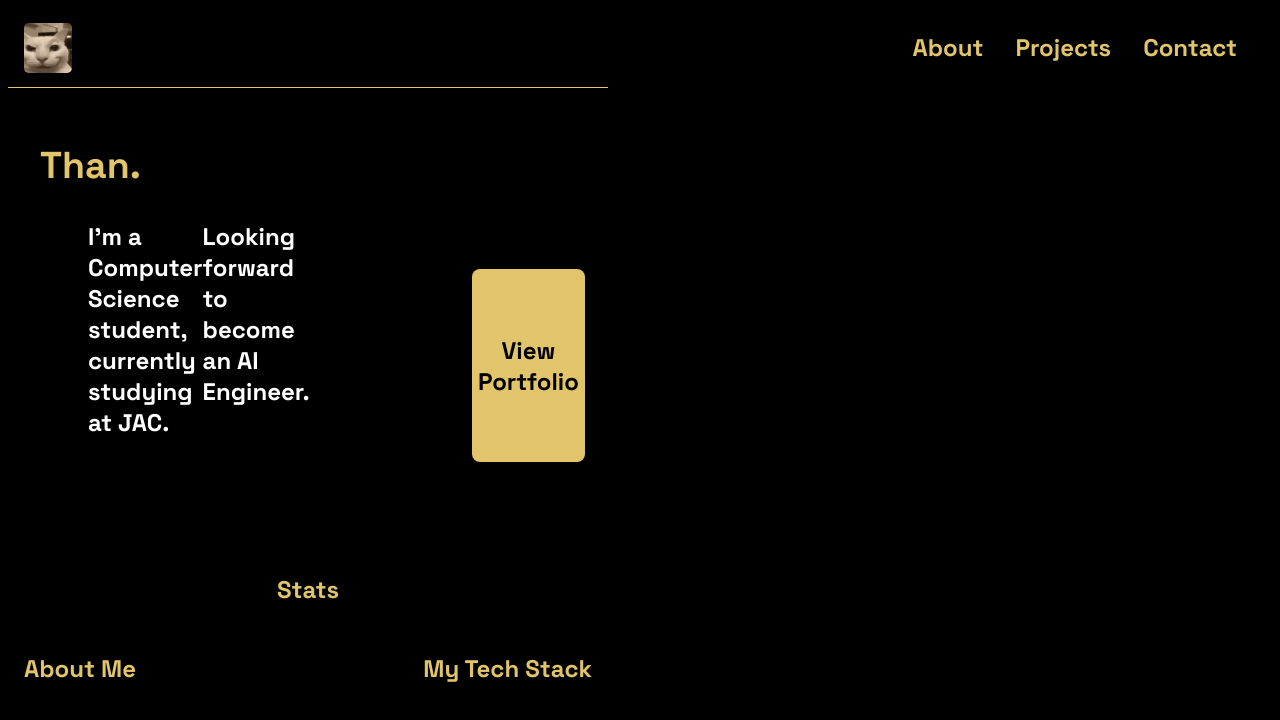
Repository: Than-dot/Than-dot
Page: index.html
An editor plug-in stored every save of this project. The page is shown before and after a run of saves, followed by the edit.
The browser window is 1280 px wide. The pictures show the whole page.

Above is the page before, as saved 2026-05-06 12:50:08.

### index.html
<!doctype html>
<html lang="en">
  <head>
    <meta charset="UTF-8" />
    <meta name="viewport" content="width=device-width, initial-scale=1.0" />
    <title>Than</title>
    <link rel="stylesheet" href="styles/global.css" />
    <link rel="stylesheet" href="styles/index.css" />
  </head>

  <body>
    <header>
      <nav>
        <img src="./assets/images/uncanny-cat-freaky.png" alt="cat" />
        <ul class="nav-center">
          <li>About</li>
          <li>Projects</li>
          <li>Contact</li>
        </ul>
      </nav>
    </header>
    <main>
      <section class="container1">
        <article class="f-art"><h1>Than.</h1></article>
        <aside class="f-asi">
          <p>I'm a Computer Science student, currently studying at JAC.</p>
          <p>Looking forward to become an AI Engineer.</p>
          <button>View Portfolio</button>
        </aside>
        <article class="stats">Stats</article>
      </section>
    </main>
    <section class="container2">
      <aside class="s-asi">About Me</aside>
      <article class="s-art">My Tech Stack</article>
    </section>
  </body>
</html>

### styles/global.css
@font-face {
  font-family: Space-Grotesk;
  src: url(/assets/font/Space_Grotesk/SpaceGrotesk-VariableFont_wght.ttf);
}

body {
  font-family: Space-Grotesk, sans-serif;
  font-weight: bold;
  font-size: 1.5rem;
}

button {
  font-family: Space-Grotesk, sans-serif;
  font-weight: bold;
  font-size: 1.5rem;
}

.f-art {
  font-size: 2rem;
}

### styles/index.css
body {
  width: 100%;
  max-width: 600px;
  background-color: black;
  color: #e2c46a;
}
.container1 {
  display: flex;
  flex-direction: column;
}

.f-art {
  margin: 2rem;
  margin-top: 1rem;
}

.f-asi {
  display: grid;
  margin-top: 0;
  justify-content: space-between;
}

p {
  margin: 0;
  margin-bottom: 1.5rem;
  color: white;
}

.stats {
  text-align: center;
  margin: 2rem;
  border-top: #e2c46a;

}

.s-art {
}

.s-asi {
}

.container2 {
  display: flex;
  flex-direction: row;
  justify-content: space-between;
  margin: 1rem;
}

button {
  border-radius: 8px;
  border: none;
  max-width: 10rem;
  margin-left: 36.9%;
  margin-top: 3rem;
  background-color: #e2c46a;
}

img {
  height: 50px;
  width: auto;
  margin-left: 1rem;
  border-radius: 10%;
}

.nav-center {
  display: flex;
  gap: 32px;
  list-style: none;
  margin-left: 10rem;
}

nav {
  align-items: center;
  display: flex;
  border-bottom: 1px solid #e2c46a;
}

h1 {
  margin-bottom: 0;
}

@media screen and (min-width: 700px) {
  body {
    width: 100%;
  }
  .nav-center {
    display: flex;
    gap: 32px;
    list-style: none;
    margin-left: 50rem;
  }
  .f-asi {
    display: grid;
    margin-top: 0;
    justify-content: space-between;
  }
  .f-asi {
    display: flex;
    margin: 5rem;
    margin-top: 0;
    justify-content: space-between;
  }
}

After the next 2 saves:
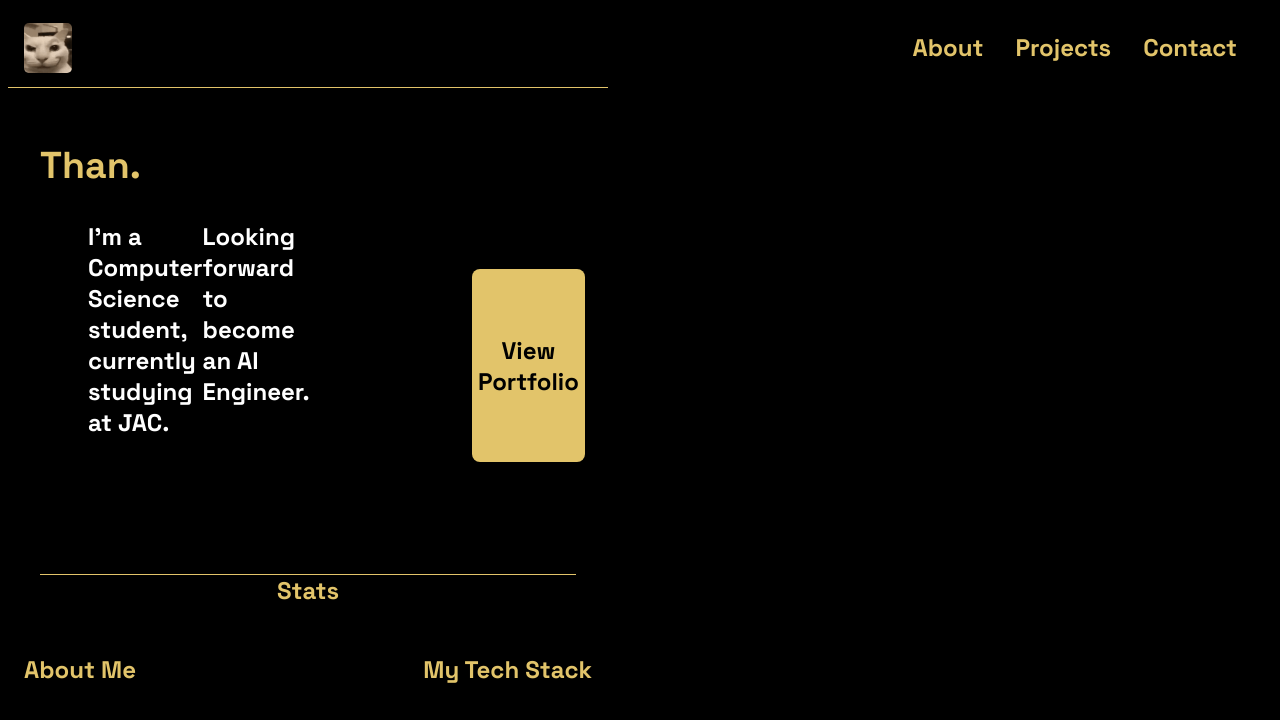
The 2 saves are shown as one change because they came seconds apart.
The last was saved 6 s later.
--- a/styles/index.css
+++ b/styles/index.css
@@ -29,8 +29,7 @@ p {
 .stats {
   text-align: center;
   margin: 2rem;
-  border-top: #e2c46a;
-
+  border-top: 1px solid #e2c46a;
 }
 
 .s-art {
